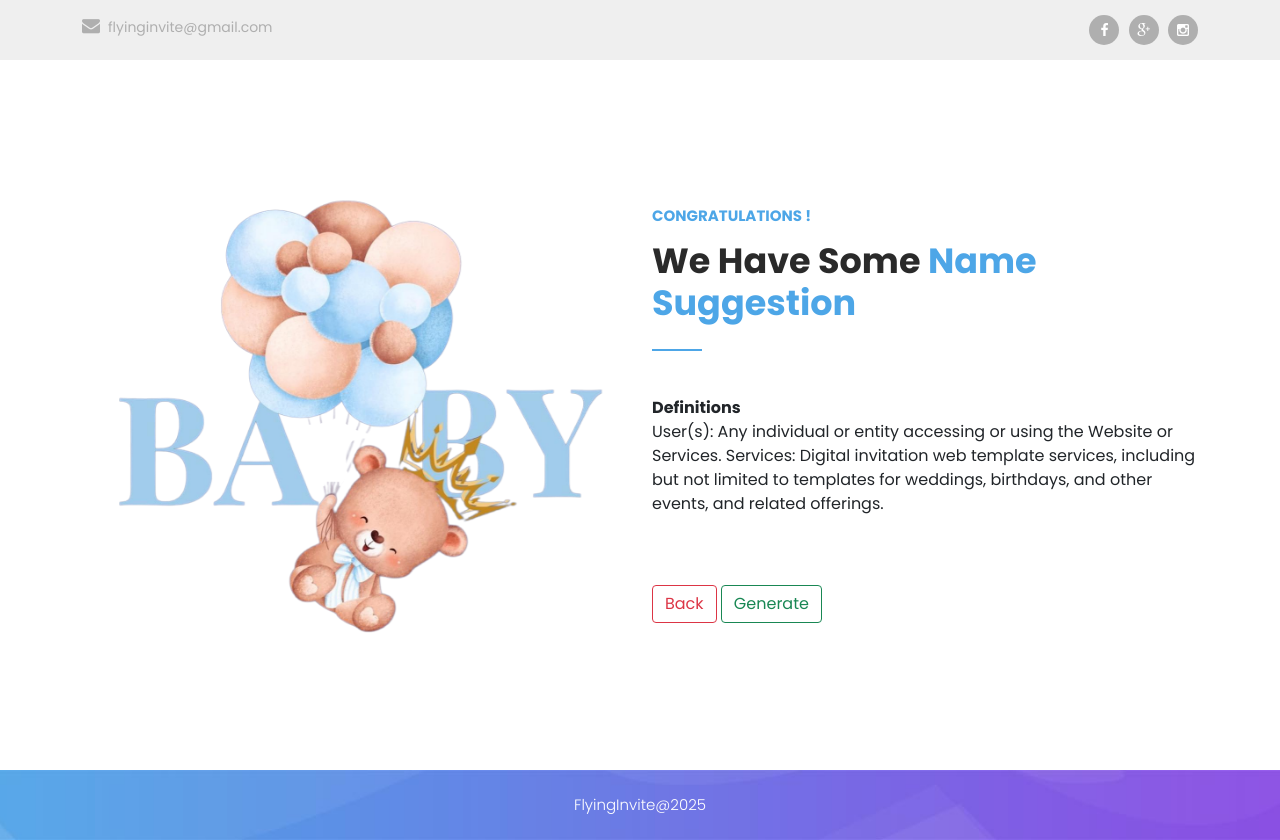
Repository: viraj7551/Flying-Invite-Project
Page: http://localhost/FlyingInvite/name_suggestor.jsp
The author's editor kept a copy of each file at every save. The page is drawn from the files as they stood at one save, then again after a run of saves.
The browser window is 1280 px wide. The pictures show the whole page.
The page is served by Tomcat 9. Other server files are loaded and not shown.

Above is the page before, as saved 2025-04-20 08:04:11.

### FlyingInvite/WebContent/name_suggestor.jsp
<%@ page language="java" contentType="text/html; charset=ISO-8859-1"
    pageEncoding="ISO-8859-1"%>
<!DOCTYPE html>
<html>
<head>
  <meta charset="UTF-8">
  <meta name="viewport" content="width=device-width, initial-scale=1, shrink-to-fit=no">
  <meta name="description" content="">
  <meta name="author" content="">
  <link rel="preconnect" href="https://fonts.googleapis.com">
  <link rel="preconnect" href="https://fonts.gstatic.com" crossorigin>
  <link href="https://fonts.googleapis.com/css2?family=Poppins:wght@100;200;300;400;500;600;700;800;900&display=swap" rel="stylesheet">

  <title>Flying Invite | Name Suggestor</title>

  <!-- Bootstrap core CSS -->
  <link href="vendor/bootstrap/css/bootstrap.min.css" rel="stylesheet">


  <!-- Additional CSS Files -->
  <link rel="stylesheet" href="assets/css/fontawesome.css">
  <link rel="stylesheet" href="assets/css/app.css">
  <link rel="stylesheet" href="assets/css/animated.css">
  <link rel="stylesheet" href="assets/css/owl.css">
  <link rel="stylesheet" href="assets/css/style.css">

  <script async src="https://www.googletagmanager.com/gtag/js?id=G-DZ4MP44ET9"></script>
<script>
  window.dataLayer = window.dataLayer || [];
  function gtag(){dataLayer.push(arguments);}
  gtag('js', new Date());

  gtag('config', 'G-DZ4MP44ET9');
</script>


</head>
<body>
 <!-- ***** Preloader Start ***** -->
  <div id="js-preloader" class="js-preloader">
    <div class="preloader-inner">
      <span class="dot"></span>
      <div class="dots">
        <span></span>
        <span></span>
        <span></span>
      </div>
    </div>
  </div>

    <!-- ***** Preloader End ***** -->

  <!-- Pre-header Starts -->
  <div class="pre-header">
    <div class="container">
      <div class="row">
        <div class="col-lg-8 col-sm-8 col-7">
          <ul class="info">
            <li><a href="#"><i class="fa fa-envelope"></i>flyinginvite@gmail.com</a></li>
          </ul>
        </div>
        <div class="col-lg-4 col-sm-4 col-5">
          <ul class="social-media">
            <li><a href="https://www.facebook.com/profile.php?id=61567671551405" target="_blank"><i class="fa fa-facebook"></i></a></li>
            <li><a href="#"><i class="fa fa-google-plus"></i></a></li>
            <li><a href="https://www.instagram.com/flyinginvite/?igsh=Yjh6aXM5eHZ3a3Nt" target="_blank"><i class="fa fa-instagram"></i></a></li>
          </ul>
        </div>
      </div>
    </div>
  </div>
  <!-- Pre-header End -->

  <div id="about" class="about section">
    <div class="container">
      <div class="row">
        <div class="col-lg-12">
          <div class="row">
            <div class="col-lg-6">
              <div class="about-left-image  wow fadeInLeft" data-wow-duration="1s" data-wow-delay="0.5s">
                <img src="assets/images/name_suggestor.png" alt="mom with baby in her womb">
              </div>
            </div>
            <div class="col-lg-6 align-self-center  wow fadeInRight" data-wow-duration="1s" data-wow-delay="0.5s">
              <div class="about-right-content">
                <div class="section-heading">
                  <h6>Congratulations !</h6>
                  <h4>We have some <em>Name Suggestion</em></h4>
                  <div class="line-dec"></div>
                </div>

                <p>
                    <ul><strong>Definitions</strong>
                      <li>User(s): Any individual or entity accessing or using the Website or Services.
                        Services: Digital invitation web template services, including but not limited to templates for weddings, birthdays, and other events, and related offerings.
                      </li>
                    </ul> <br>
                </p>

              <a href="index.jsp" class="btn btn-outline-danger" role="button"> Back</a>
              <a href="#" class="btn btn-outline-success" role="button">Generate</a>

              </div>
            </div>
          </div>
        </div>
      </div>
    </div>
  </div>

  <footer>
    <div class="container">
      <div class="row">
        <div class="col-lg-12">
           <p>FlyingInvite@2025</p>
        </div>
      </div>
    </div>
  </footer>

  <!-- Scripts -->
  <script src="vendor/jquery/jquery.min.js"></script>
  <script src="vendor/bootstrap/js/bootstrap.bundle.min.js"></script>
  <script src="assets/js/owl-carousel.js"></script>
  <script src="assets/js/animation.js"></script>
  <script src="assets/js/imagesloaded.js"></script>
  <script src="assets/js/custom.js"></script>
  <script src="assets/js/app.js"></script>
</body>
</html>

### FlyingInvite/WebContent/assets/css/owl.css
/**
 * Owl Carousel v2.3.4
 * Copyright 2013-2018 David Deutsch
 * Licensed under: SEE LICENSE IN https://github.com/OwlCarousel2/OwlCarousel2/blob/master/LICENSE
 */
/*
 *  Owl Carousel - Core
 */
.owl-carousel {
  display: none;
  width: 100%;
  -webkit-tap-highlight-color: transparent;
  /* position relative and z-index fix webkit rendering fonts issue */
  position: relative;
  z-index: 1; }
  .owl-carousel .owl-stage {
    position: relative;
    -ms-touch-action: pan-Y;
    touch-action: manipulation;
    -moz-backface-visibility: hidden;
    /* fix firefox animation glitch */ }
  .owl-carousel .owl-stage:after {
    content: ".";
    display: block;
    clear: both;
    visibility: hidden;
    line-height: 0;
    height: 0; }
  .owl-carousel .owl-stage-outer {
    position: relative;
    overflow: hidden;
    /* fix for flashing background */
    -webkit-transform: translate3d(0px, 0px, 0px); }
  .owl-carousel .owl-wrapper,
  .owl-carousel .owl-item {
    -webkit-backface-visibility: hidden;
    -moz-backface-visibility: hidden;
    -ms-backface-visibility: hidden;
    -webkit-transform: translate3d(0, 0, 0);
    -moz-transform: translate3d(0, 0, 0);
    -ms-transform: translate3d(0, 0, 0); }
  .owl-carousel .owl-item {
    position: relative;
    min-height: 1px;
    float: left;
    -webkit-backface-visibility: hidden;
    -webkit-tap-highlight-color: transparent;
    -webkit-touch-callout: none; }
  .owl-carousel .owl-item img {
    display: block;
    width: 100%; }
  .owl-carousel .owl-nav.disabled,
  .owl-carousel .owl-dots.disabled {
    display: none; }
  .owl-carousel .owl-nav .owl-prev,
  .owl-carousel .owl-nav .owl-next,
  .owl-carousel .owl-dot {
    cursor: pointer;
    -webkit-user-select: none;
    -khtml-user-select: none;
    -moz-user-select: none;
    -ms-user-select: none;
    user-select: none; }
  .owl-carousel .owl-nav button.owl-prev,
  .owl-carousel .owl-nav button.owl-next,
  .owl-carousel button.owl-dot {
    background: none;
    color: inherit;
    border: none;
    padding: 0 !important;
    font: inherit; }
  .owl-carousel.owl-loaded {
    display: block; }
  .owl-carousel.owl-loading {
    opacity: 0;
    display: block; }
  .owl-carousel.owl-hidden {
    opacity: 0; }
  .owl-carousel.owl-refresh .owl-item {
    visibility: hidden; }
  .owl-carousel.owl-drag .owl-item {
    -ms-touch-action: pan-y;
        touch-action: pan-y;
    -webkit-user-select: none;
    -moz-user-select: none;
    -ms-user-select: none;
    user-select: none; }
  .owl-carousel.owl-grab {
    cursor: move;
    cursor: grab; }
  .owl-carousel.owl-rtl {
    direction: rtl; }
  .owl-carousel.owl-rtl .owl-item {
    float: right; }

/* No Js */
.no-js .owl-carousel {
  display: block; }

/*
 *  Owl Carousel - Animate Plugin
 */
.owl-carousel .animated {
  animation-duration: 1000ms;
  animation-fill-mode: both; }

.owl-carousel .owl-animated-in {
  z-index: 0; }

.owl-carousel .owl-animated-out {
  z-index: 1; }

.owl-carousel .fadeOut {
  animation-name: fadeOut; }

@keyframes fadeOut {
  0% {
    opacity: 1; }
  100% {
    opacity: 0; } }

/*
 * 	Owl Carousel - Auto Height Plugin
 */
.owl-height {
  transition: height 500ms ease-in-out; }

/*
 * 	Owl Carousel - Lazy Load Plugin
 */
.owl-carousel .owl-item {
  /**
			This is introduced due to a bug in IE11 where lazy loading combined with autoheight plugin causes a wrong
			calculation of the height of the owl-item that breaks page layouts
		 */ }
  .owl-carousel .owl-item .owl-lazy {
    opacity: 0;
    transition: opacity 400ms ease; }
  .owl-carousel .owl-item .owl-lazy[src^=""], .owl-carousel .owl-item .owl-lazy:not([src]) {
    max-height: 0; }
  .owl-carousel .owl-item img.owl-lazy {
    transform-style: preserve-3d; }

/*
 * 	Owl Carousel - Video Plugin
 */
.owl-carousel .owl-video-wrapper {
  position: relative;
  height: 100%;
  background: #000; }

.owl-carousel .owl-video-play-icon {
  position: absolute;
  height: 80px;
  width: 80px;
  left: 50%;
  top: 50%;
  margin-left: -40px;
  margin-top: -40px;
  background: url("owl.video.play.png") no-repeat;
  cursor: pointer;
  z-index: 1;
  -webkit-backface-visibility: hidden;
  transition: transform 100ms ease; }

.owl-carousel .owl-video-play-icon:hover {
  -ms-transform: scale(1.3, 1.3);
      transform: scale(1.3, 1.3); }

.owl-carousel .owl-video-playing .owl-video-tn,
.owl-carousel .owl-video-playing .owl-video-play-icon {
  display: none; }

.owl-carousel .owl-video-tn {
  opacity: 0;
  height: 100%;
  background-position: center center;
  background-repeat: no-repeat;
  background-size: contain;
  transition: opacity 400ms ease; }

.owl-carousel .owl-video-frame {
  position: relative;
  z-index: 1;
  height: 100%;
  width: 100%; }

### FlyingInvite/WebContent/assets/css/style.css
/* Aligns the heading text to the center. */

h1 {
    text-align: center;
  }

  /* Sets the width for the accordion. Sets the margin to 90px on the top and bottom and auto to the left and right */
.accordion-body{
    margin-top: 100px;
}


.navigate_section{
    margin: 90px auto;
}

#navigateHeader{
  display: none;
}
#navigateBtn{
  padding: 20px;
  background-color: #213448;
  color: #fff;
  margin-left: 350px;
  margin-top: 170px;
  margin-bottom: 170px;
  border-radius: 5px;
  width: max-content;
}
.blink_me{
  animation: blinker 1s linear infinite;
}

@keyframes blinker {
  50% {
    opacity: 0;
  }
}

#coming_soon_header{
  padding: 20px;
  color: #213448;
  margin-left: 350px;
  margin-top: 170px;
  margin-bottom: 170px;
  border-radius: 5px;
  width: max-content;
}

#navigateBtn:hover {
   background-color: #27548A;
}

  .accordion {
    width: 800px;
    margin: 90px auto;
    color: black;
    background-color: white;
    padding: 45px 45px;
  }

  .accordion .container {
    position: relative;
    margin: 10px 10px;
  }

  /* Positions the labels relative to the .container. Adds padding to the top and bottom and increases font size. Also makes its cursor a pointer */

  .accordion .label {
    position: relative;
    padding: 10px 0;
    font-size: 24px;
    color: black;
    cursor: pointer;
  }

  /* Positions the plus sign 5px from the right. Centers it using the transform property. */

.accordion .label::before {
    content: '+';
    color: black;
    position: absolute;
    top: 50%;
    right: -5px;
    font-size: 24px;
    transform: translateY(-50%);
  }

  /* Hides the content (height: 0), decreases font size, justifies text and adds transition */

  .accordion .content {
    position: relative;
    background: white;
    height: 0;
    font-size: 16px;
    text-align: justify;
    width: 780px;
    overflow: hidden;
    transition: 0.5s;
  }

  /* Adds a horizontal line between the contents */

  .accordion hr {
    width: 100;
    margin-left: 0;
    border: 1px solid grey;
  }

  /* Unhides the content part when active. Sets the height */

.accordion .container.active .content {
    height: 90px;
  }




  /* Changes from plus sign to negative sign once active */

  .accordion .container.active .label::before {
    content: '-';
    font-size: 30px;
  }


 @media (max-width: 1200px) {
    #navigateBtn{
      margin-left: 180px;
     }
  }

 @media only screen and (max-width: 1024px) {
    #coming_soon_header{
      margin-left: 180px;
    }
}

 @media only screen and (max-width: 1180px) {
    #coming_soon_header{
      margin-left: 180px;
    }
  }


  @media (max-width: 992px) {


    .accordion .container.active .content{
      width: auto;
      height: 100px;
    }

    #navigateBtn{
    margin-left: 55px;
   }
  }

   @media only screen and (max-width: 932px) and (min-width: 740px){
  #navigateBtn{
    margin-left: 135px;
   }

   #navigateHeader{
    display: block;
    margin-left: 110px;
  }
  #coming_soon_header{
    margin-left: 110px;
  }
 }



  @media (max-width: 767px){

    .accordion{
        width: auto;
    }
    .accordion .label {
        font-size: 16px;
      }

      .accordion .content {
        font-size: 14px;
        text-align: justify;
        width: 200px;
        overflow: hidden;
      }

      #navigateHeader{
        display: block;
        margin-left: 20px;
      }

      #coming_soon_header{
        margin-left: 20px;
      }
  }

    @media only screen and (max-width: 360px){
      #navigateHeader{
        display: block;
        margin-left: 60px;
      }
  }

Loaded but not shown: FlyingInvite/WebContent/assets/css/fontawesome.css (library); FlyingInvite/WebContent/assets/css/animated.css (common file); FlyingInvite/WebContent/assets/js/owl-carousel.js (3448 lines, source omitted); FlyingInvite/WebContent/assets/js/imagesloaded.js (496 lines, source omitted); FlyingInvite/WebContent/assets/js/animation.js (193 lines, source omitted); FlyingInvite/WebContent/assets/js/custom.js (172 lines, source omitted); FlyingInvite/WebContent/assets/js/app.js (7 lines, source omitted); FlyingInvite/WebContent/assets/css/app.css (2123 lines, source omitted)

After the next 2 saves:
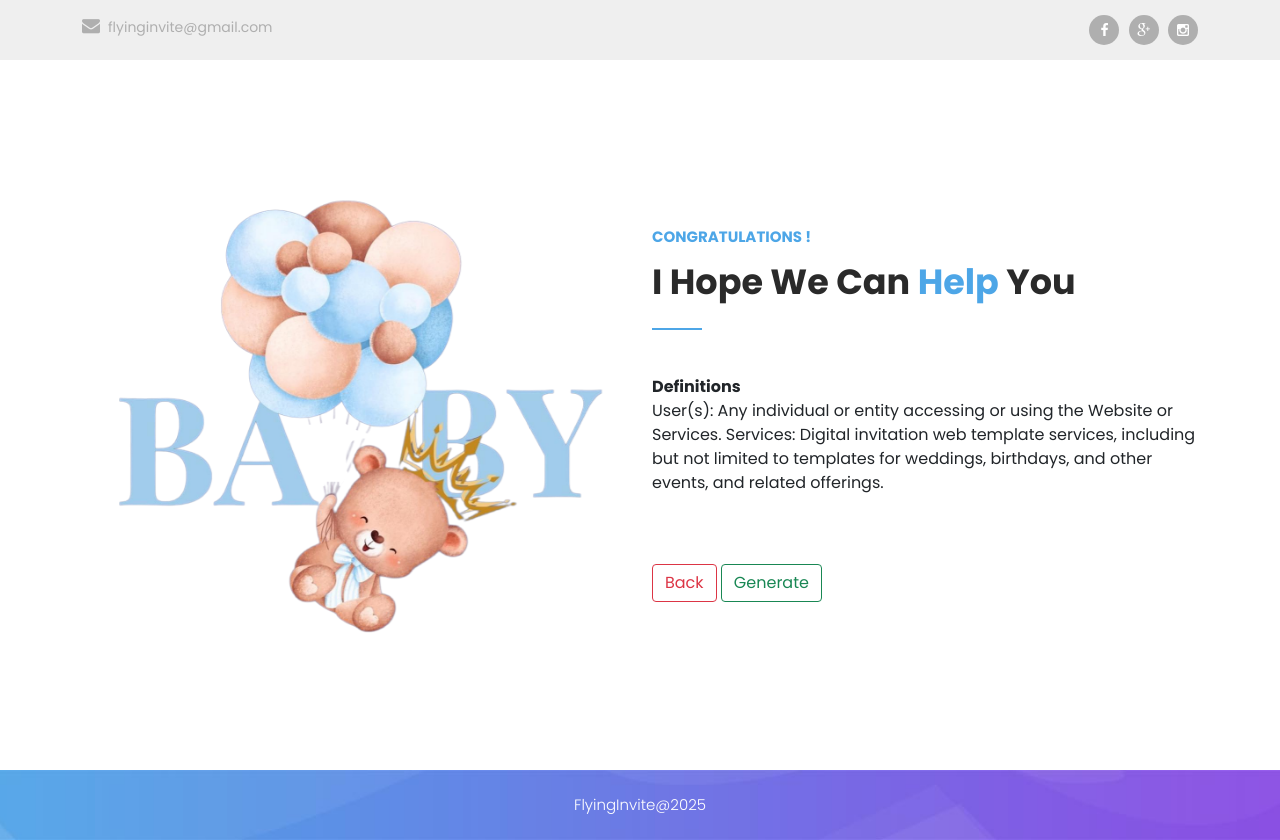
The 2 saves are shown as one change because they came seconds apart.
The last was saved 117 s later.
--- a/FlyingInvite/WebContent/name_suggestor.jsp
+++ b/FlyingInvite/WebContent/name_suggestor.jsp
@@ -85,7 +85,7 @@
               <div class="about-right-content">
                 <div class="section-heading">
                   <h6>Congratulations !</h6>
-                  <h4>We have some <em>Name Suggestion</em></h4>
+                  <h4>I Hope we can <em>Help</em> you</h4>
                   <div class="line-dec"></div>
                 </div>
 

After the 2 saves that followed:
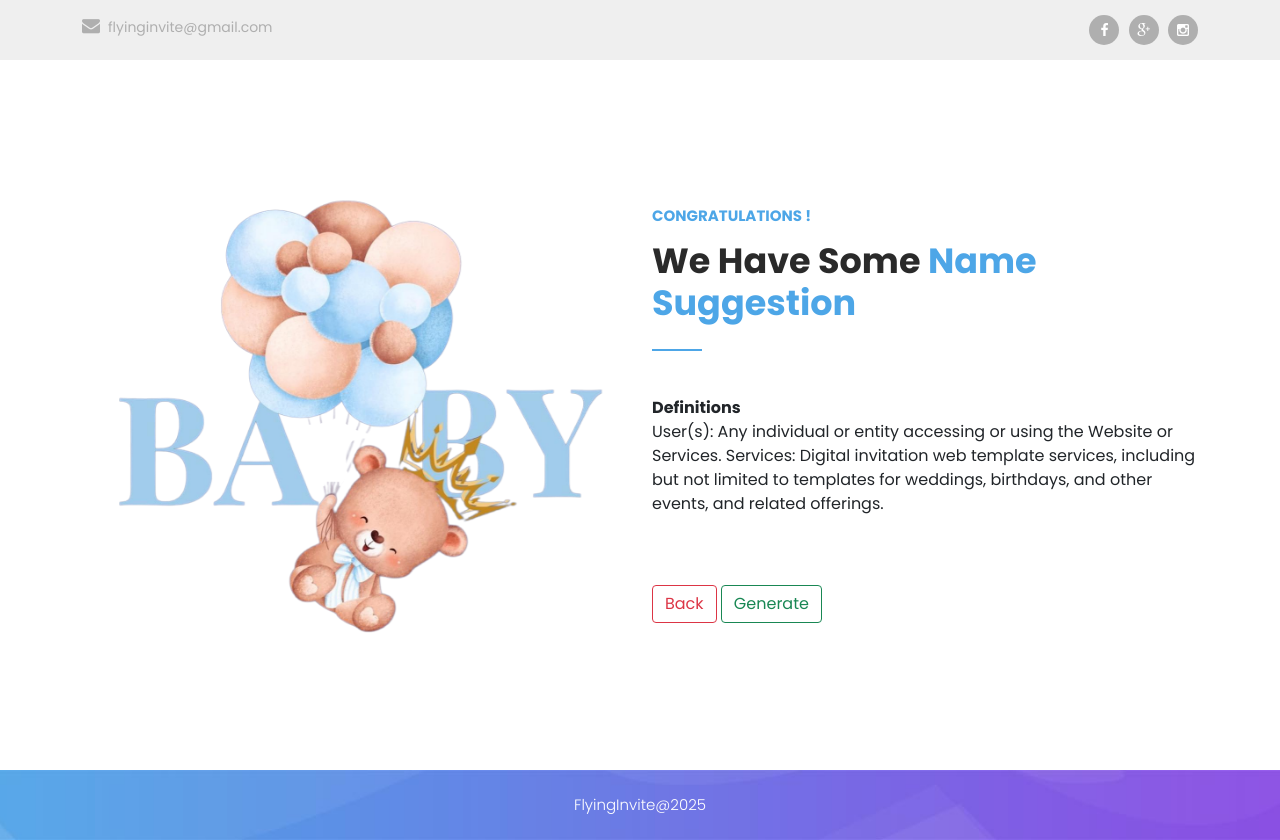
The 2 saves are shown as one change because they came seconds apart.
The last was saved 17 s later.
--- a/FlyingInvite/WebContent/name_suggestor.jsp
+++ b/FlyingInvite/WebContent/name_suggestor.jsp
@@ -85,7 +85,7 @@
               <div class="about-right-content">
                 <div class="section-heading">
                   <h6>Congratulations !</h6>
-                  <h4>I Hope we can <em>Help</em> you</h4>
+                  <h4>We have some <em>Name Suggestion</em></h4>
                   <div class="line-dec"></div>
                 </div>
 
